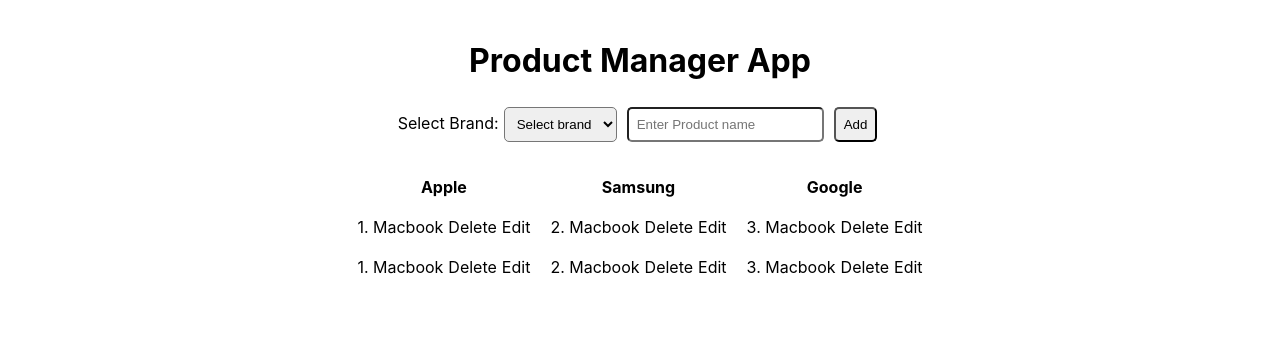
Repository: sunilkc-7/product-manager-app
Page: /
An editor plug-in stored every save of this project. The page is shown before and after a run of saves, followed by the edit.
The browser window is 1280 px wide. The pictures show the whole page.
The project was rebuilt for these pictures with package versions that can differ from the ones it lists, and the page was loaded fresh each time.

Above is the page before, as saved 2023-07-31 19:42:59.

After the next 2 saves:
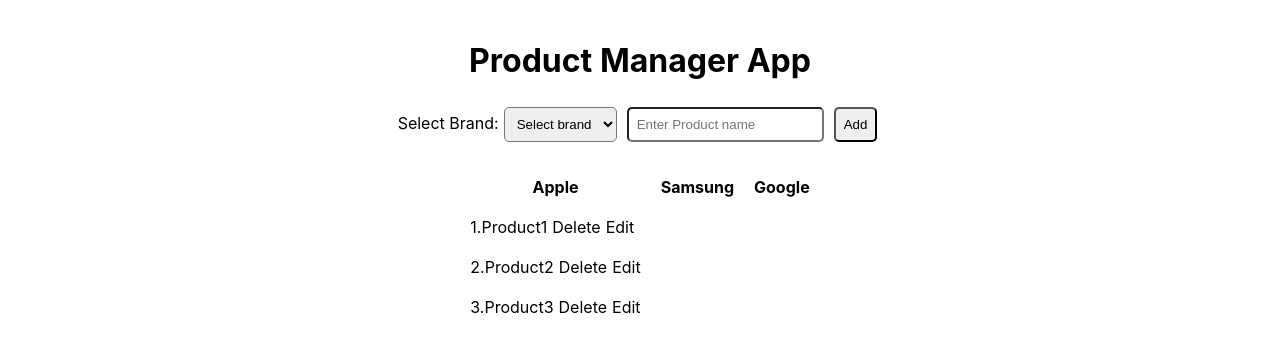
The 2 saves are shown as one change because 1 did not build or start.
The last was saved 6 min 12 s later.
--- a/src/App.js
+++ b/src/App.js
@@ -24,7 +24,7 @@
 
         <button>Add</button>
       </div>
-      {}
+
       <table>
         <thead>
           <tr>
@@ -34,7 +34,17 @@
           </tr>
         </thead>
         <tbody>
-          <tr>
+          {productList.map((product, idx) => (
+            <tr>
+              <td>
+                {idx + 1}.{product.name}
+                <span className="tableEdit">Delete</span>
+                <span className="tableEdit">Edit</span>
+              </td>
+            </tr>
+          ))}
+
+          {/* <tr>
             <td>
               1. Macbook
               <span className="tableEdit">Delete</span>
@@ -50,24 +60,7 @@
               <span className="tableEdit">Delete</span>
               <span className="tableEdit">Edit</span>
             </td>
-          </tr>
-          <tr>
-            <td>
-              1. Macbook
-              <span className="tableEdit">Delete</span>
-              <span className="tableEdit">Edit</span>
-            </td>
-            <td>
-              2. Macbook
-              <span className="tableEdit">Delete</span>
-              <span className="tableEdit">Edit</span>
-            </td>
-            <td>
-              3. Macbook
-              <span className="tableEdit">Delete</span>
-              <span className="tableEdit">Edit</span>
-            </td>
-          </tr>
+          </tr> */}
         </tbody>
       </table>
       {}
